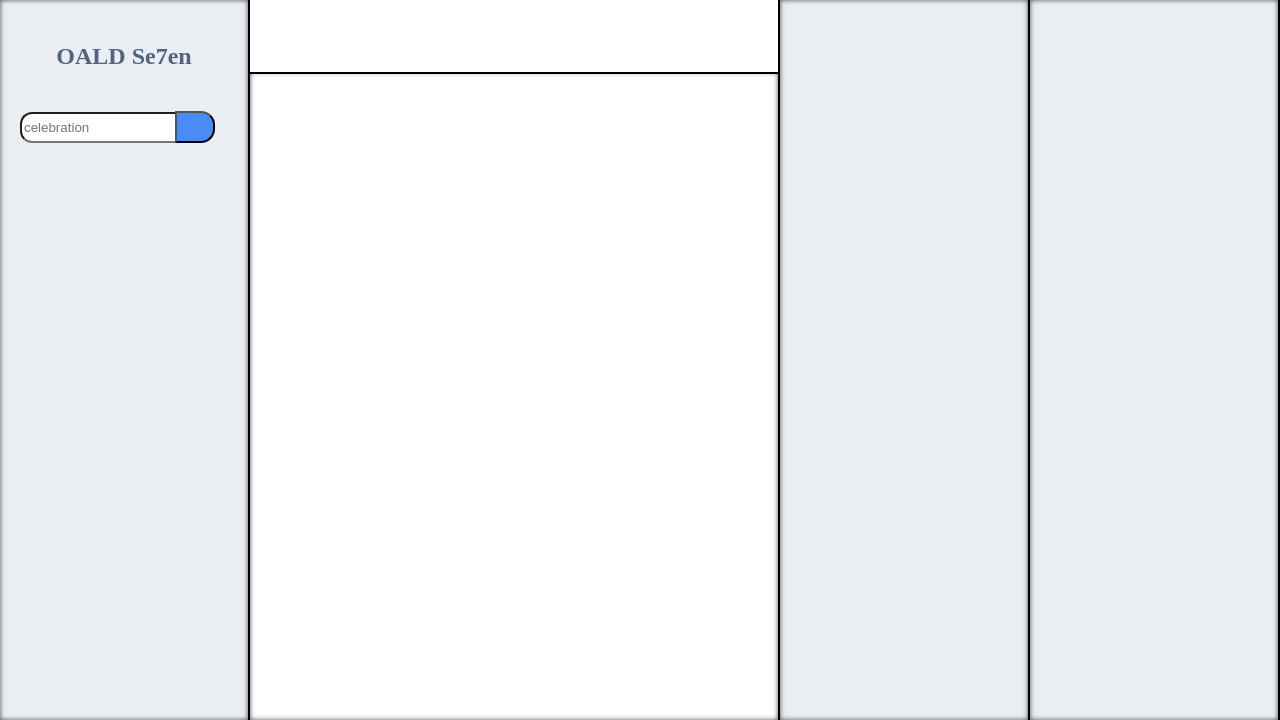
Repository: JJianZ/miao
Page: a.html
The author's editor kept a copy of each file at every save. The page is drawn from the files as they stood at one save, then again after the next save.
The browser window is 1280 px wide. The pictures show the whole page.

Above is the page before, as saved 2021-11-23 10:43:37.

After the next save:
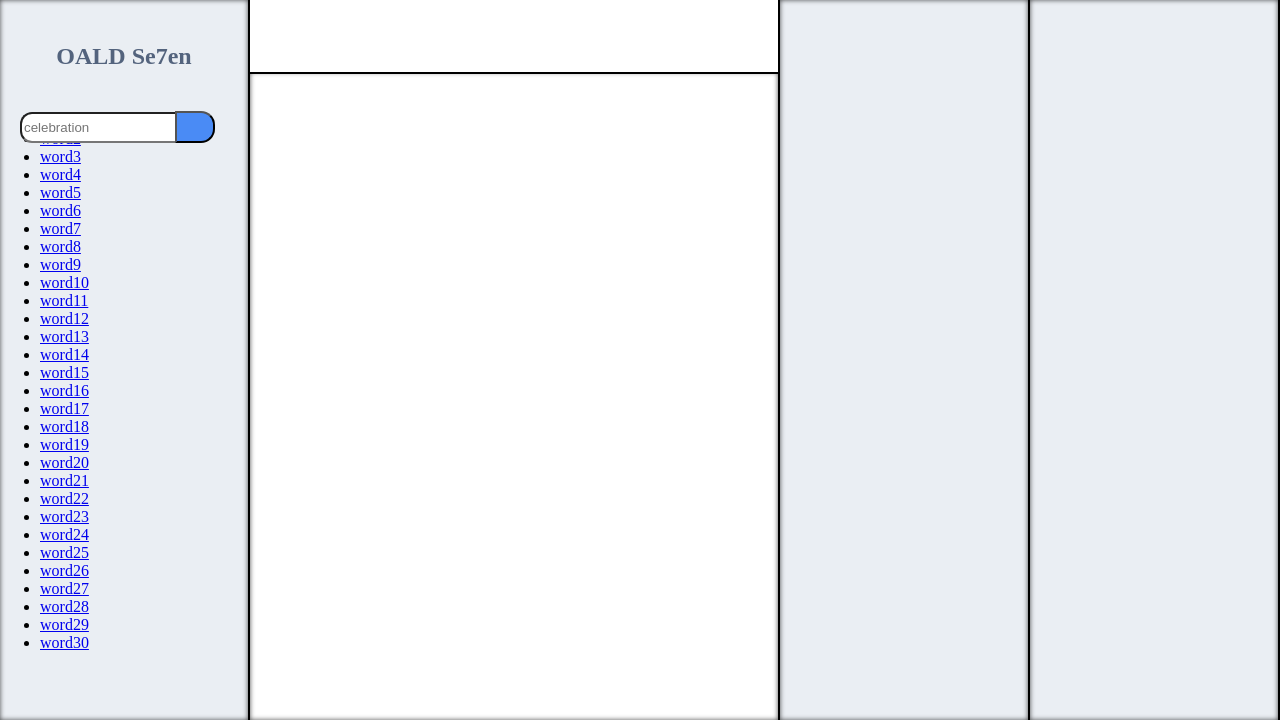
Saved 32 s later.
--- a/a.html
+++ b/a.html
@@ -55,6 +55,7 @@
       left: 175px;
       border-radius: 0 14px 14px 0;
     }
+
     header {
       position: absolute;
       left: 250px;
@@ -88,6 +89,38 @@
       <h2>OALD Se7en</h2>
       <input type="text" placeholder="celebration">
       <button></button>
+      <ul>
+        <li><a href="#">word1</a></li>
+        <li><a href="#">word2</a></li>
+        <li><a href="#">word3</a></li>
+        <li><a href="#">word4</a></li>
+        <li><a href="#">word5</a></li>
+        <li><a href="#">word6</a></li>
+        <li><a href="#">word7</a></li>
+        <li><a href="#">word8</a></li>
+        <li><a href="#">word9</a></li>
+        <li><a href="#">word10</a></li>
+        <li><a href="#">word11</a></li>
+        <li><a href="#">word12</a></li>
+        <li><a href="#">word13</a></li>
+        <li><a href="#">word14</a></li>
+        <li><a href="#">word15</a></li>
+        <li><a href="#">word16</a></li>
+        <li><a href="#">word17</a></li>
+        <li><a href="#">word18</a></li>
+        <li><a href="#">word19</a></li>
+        <li><a href="#">word20</a></li>
+        <li><a href="#">word21</a></li>
+        <li><a href="#">word22</a></li>
+        <li><a href="#">word23</a></li>
+        <li><a href="#">word24</a></li>
+        <li><a href="#">word25</a></li>
+        <li><a href="#">word26</a></li>
+        <li><a href="#">word27</a></li>
+        <li><a href="#">word28</a></li>
+        <li><a href="#">word29</a></li>
+        <li><a href="#">word30</a></li>
+      </ul>
     </aside>
     <header></header>
     <main></main>
